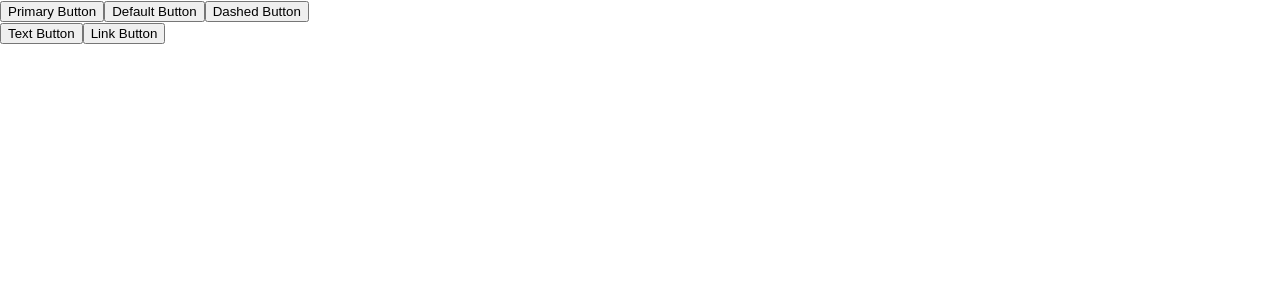
Repository: Luigi-ai-creator/Todo_react
Page: /
An editor plug-in stored every save of this project. The page is shown before and after the next save, followed by the edit.
The browser window is 1280 px wide. The pictures show the whole page.
The project was rebuilt for these pictures with package versions that can differ from the ones it lists, and the page was loaded fresh each time. Also part of the build but not shown: src/App.css.

Above is the page before, as saved 2021-01-22 15:01:09.

### src/App.js
import './App.css';
import ButtonPlus from './Components/ButtonPlus/ButtonPlus';

function App() {
  return (
    <div className="App">
      <ButtonPlus />
    </div>
  );
}

export default App;

### src/Components/ButtonPlus/ButtonPlus.js
import React from 'react';
import ReactDOM from 'react-dom';

import { Button } from 'antd';

const ButtonPlus = () => {
    return (
    <>
        <Button type="primary">Primary Button</Button>
        <Button>Default Button</Button>
        <Button type="dashed">Dashed Button</Button>
        <br />
        <Button type="text">Text Button</Button>
        <Button type="link">Link Button</Button>
    </>
    )
}

export default ButtonPlus;

Loaded but not shown: public/index.html (common file); src/index.js (common file); src/index.css (common file); src/reportWebVitals.js (common file)

After the next save:
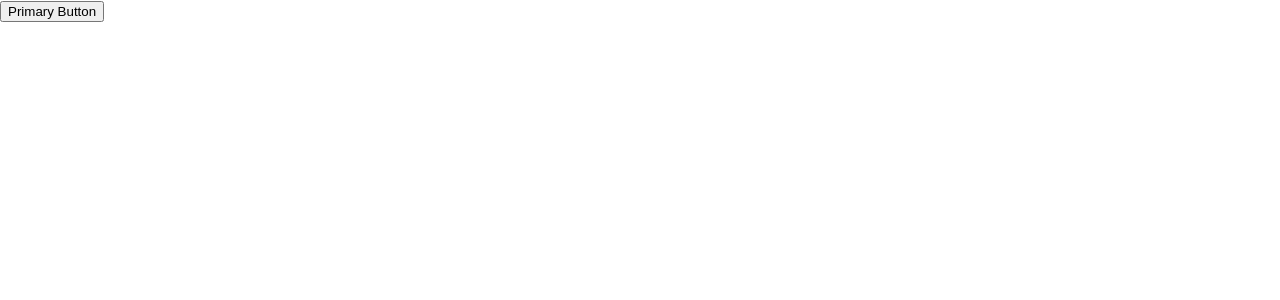
Saved 119 s later.
--- a/src/Components/ButtonPlus/ButtonPlus.js
+++ b/src/Components/ButtonPlus/ButtonPlus.js
@@ -7,11 +7,6 @@ const ButtonPlus = () => {
     return (
     <>
         <Button type="primary">Primary Button</Button>
-        <Button>Default Button</Button>
-        <Button type="dashed">Dashed Button</Button>
-        <br />
-        <Button type="text">Text Button</Button>
-        <Button type="link">Link Button</Button>
     </>
     )
 }
